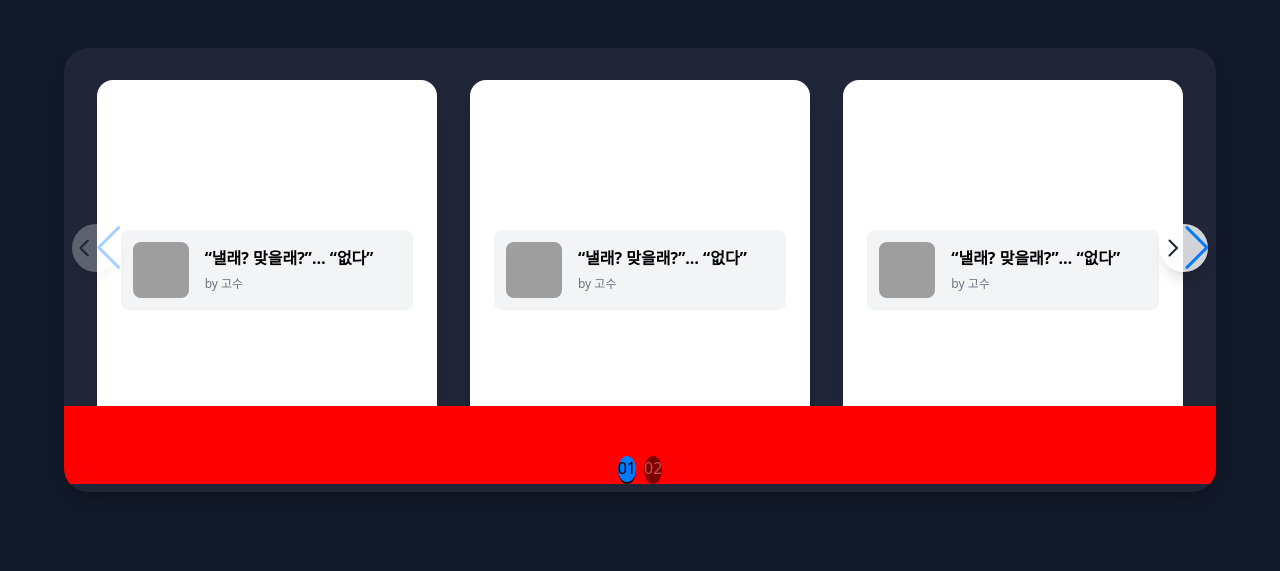
Repository: hyerim1234/travelblog
Page: html/slide2.html
The author's editor kept a copy of each file at every save. The page is drawn from the files as they stood at one save, then again after the next save.
The browser window is 1280 px wide. The pictures show the whole page.
Pictures or frames that could not be fetched are drawn as grey boxes. Some web libraries are served in a nearby version.

Above is the page before, as saved 2025-06-05 13:25:26.

### html/slide2.html
<!DOCTYPE html>
<html lang="ko">
<head>
  <meta charset="UTF-8" />
  <meta name="viewport" content="width=device-width, initial-scale=1.0"/>
  <title>슬라이드 박스 그룹형 브런치 슬라이더</title>
  <script src="https://cdn.tailwindcss.com"></script>
  <link rel="stylesheet" href="https://unpkg.com/swiper/swiper-bundle.min.css" />
  <style>
    .swiper-container { overflow: hidden; }
    .swiper-pagination {
      display: flex !important;
      justify-content: center;
      /* margin-top: 1.5rem !important; */
    background-color: red;
      padding-top: 50px !important;
    }
    .swiper-pagination-bullet {
      width: auto;
      height: auto;
      opacity: 0.5;
      color: #999;
      margin: 0 0.25rem;
      font-size: 1rem;
      padding-bottom: 0.15rem;
      cursor: pointer;
      border-radius: auto;
    }
    .swiper-pagination-bullet-active {
      opacity: 1;
      color: #000;
      border-bottom: 2px solid #000;
    }
    .swiper-button-prev, .swiper-button-next {
      top: 50% !important;
      transform: translateY(-50%);
    }
  </style>
</head>
<body class="bg-gray-900">

  <section class="py-12 overflow-x-hidden">
    <div class="container mx-auto px-4">
      <div class="flex justify-center">
        <!-- 3개 슬라이드+네비를 감싸는 긴 배경 박스 -->
        <div class="relative w-full max-w-6xl bg-[#202537] rounded-3xl shadow-lg px-8 py-8 overflow-hidden">
          <div class="swiper-container">
            <div class="swiper-wrapper">
              <!-- ...슬라이드 반복(아래 예시) -->
              <div class="swiper-slide flex justify-center">
                <div class="bg-white rounded-2xl shadow-lg w-[340px] h-[380px] flex flex-col justify-center gap-4 p-6">
                  <!-- 카드 내용... -->
                  <div class="flex items-center gap-4 bg-gray-100 rounded-lg p-3">
                    <img src="https://picsum.photos/id/1069/60/60" class="rounded-lg w-14 h-14 object-cover" />
                    <div>
                      <p class="font-semibold">“낼래? 맞을래?”… “없다”</p>
                      <span class="text-xs text-gray-500">by 고수</span>
                    </div>
                  </div>
                  <!-- ...이하 동일하게 카드 채우기 -->
                </div>
              </div>
              <!-- 슬라이드 박스 2~6... 동일하게 복붙 -->
               <div class="swiper-slide flex justify-center">
                <div class="bg-white rounded-2xl shadow-lg w-[340px] h-[380px] flex flex-col justify-center gap-4 p-6">
                  <!-- 카드 내용... -->
                  <div class="flex items-center gap-4 bg-gray-100 rounded-lg p-3">
                    <img src="https://picsum.photos/id/1069/60/60" class="rounded-lg w-14 h-14 object-cover" />
                    <div>
                      <p class="font-semibold">“낼래? 맞을래?”… “없다”</p>
                      <span class="text-xs text-gray-500">by 고수</span>
                    </div>
                  </div>
                  <!-- ...이하 동일하게 카드 채우기 -->
                </div>
              </div>
              <div class="swiper-slide flex justify-center">
                <div class="bg-white rounded-2xl shadow-lg w-[340px] h-[380px] flex flex-col justify-center gap-4 p-6">
                  <!-- 카드 내용... -->
                  <div class="flex items-center gap-4 bg-gray-100 rounded-lg p-3">
                    <img src="https://picsum.photos/id/1069/60/60" class="rounded-lg w-14 h-14 object-cover" />
                    <div>
                      <p class="font-semibold">“낼래? 맞을래?”… “없다”</p>
                      <span class="text-xs text-gray-500">by 고수</span>
                    </div>
                  </div>
                  <!-- ...이하 동일하게 카드 채우기 -->
                </div>
              </div>

              <div class="swiper-slide flex justify-center">
                <div class="bg-white rounded-2xl shadow-lg w-[340px] h-[380px] flex flex-col justify-center gap-4 p-6">
                  <!-- 카드 내용... -->
                  <div class="flex items-center gap-4 bg-gray-100 rounded-lg p-3">
                    <img src="https://picsum.photos/id/1069/60/60" class="rounded-lg w-14 h-14 object-cover" />
                    <div>
                      <p class="font-semibold">“낼래? 맞을래?”… “없다”</p>
                      <span class="text-xs text-gray-500">by 고수</span>
                    </div>
                  </div>
                  <!-- ...이하 동일하게 카드 채우기 -->
                </div>
              </div>

              <div class="swiper-slide flex justify-center">
                <div class="bg-white rounded-2xl shadow-lg w-[340px] h-[380px] flex flex-col justify-center gap-4 p-6">
                  <!-- 카드 내용... -->
                  <div class="flex items-center gap-4 bg-gray-100 rounded-lg p-3">
                    <img src="https://picsum.photos/id/1069/60/60" class="rounded-lg w-14 h-14 object-cover" />
                    <div>
                      <p class="font-semibold">“낼래? 맞을래?”… “없다”</p>
                      <span class="text-xs text-gray-500">by 고수</span>
                    </div>
                  </div>
                  <!-- ...이하 동일하게 카드 채우기 -->
                </div>
              </div>

              <div class="swiper-slide flex justify-center">
                <div class="bg-white rounded-2xl shadow-lg w-[340px] h-[380px] flex flex-col justify-center gap-4 p-6">
                  <!-- 카드 내용... -->
                  <div class="flex items-center gap-4 bg-gray-100 rounded-lg p-3">
                    <img src="https://picsum.photos/id/1069/60/60" class="rounded-lg w-14 h-14 object-cover" />
                    <div>
                      <p class="font-semibold">“낼래? 맞을래?”… “없다”</p>
                      <span class="text-xs text-gray-500">by 고수</span>
                    </div>
                  </div>
                  <!-- ...이하 동일하게 카드 채우기 -->
                </div>
              </div>
              <!-- ... -->
            </div>
            <!-- 네비/페이지네이션은 swiper-container 안쪽에 위치 -->
            <button class="swiper-button-prev absolute top-1/2 left-2 z-10 w-12 h-12 bg-white bg-opacity-80 hover:bg-opacity-100 rounded-full flex items-center justify-center shadow-lg" aria-label="Previous slide">
              <svg xmlns="http://www.w3.org/2000/svg" class="w-6 h-6 text-gray-800" fill="none" viewBox="0 0 24 24" stroke="currentColor">
                <path stroke-linecap="round" stroke-linejoin="round" stroke-width="2" d="M15 19l-7-7 7-7" />
              </svg>
            </button>
            <button class="swiper-button-next absolute top-1/2 right-2 z-10 w-12 h-12 bg-white bg-opacity-80 hover:bg-opacity-100 rounded-full flex items-center justify-center shadow-lg" aria-label="Next slide">
              <svg xmlns="http://www.w3.org/2000/svg" class="w-6 h-6 text-gray-800" fill="none" viewBox="0 0 24 24" stroke="currentColor">
                <path stroke-linecap="round" stroke-linejoin="round" stroke-width="2" d="M9 5l7 7-7 7" />
              </svg>
            </button>
            <div class="swiper-pagination"></div>
          </div>
        </div>
      </div>
    </div>
  </section>

  <script src="https://unpkg.com/swiper/swiper-bundle.min.js"></script>
  <script>
    const swiper = new Swiper('.swiper-container', {
      slidesPerView: 3,
      slidesPerGroup: 3,
      spaceBetween: 32,
      centeredSlides: false,
      navigation: {
        nextEl: '.swiper-button-next',
        prevEl: '.swiper-button-prev',
      },
      pagination: {
        el: '.swiper-pagination',
        clickable: true,
        renderBullet: (idx, className) => {
          const num = idx+1 < 10 ? '0'+(idx+1) : (idx+1);
          return `<span class="${className}">${num}</span>`;
        },
      },
      breakpoints: {
        1280: { slidesPerView: 3, slidesPerGroup: 3, spaceBetween: 32 },
        1024: { slidesPerView: 2, slidesPerGroup: 2, spaceBetween: 24 },
        640:  { slidesPerView: 1, slidesPerGroup: 1, spaceBetween: 16 },
      },
    });
  </script>
</body>
</html>

After the next save:
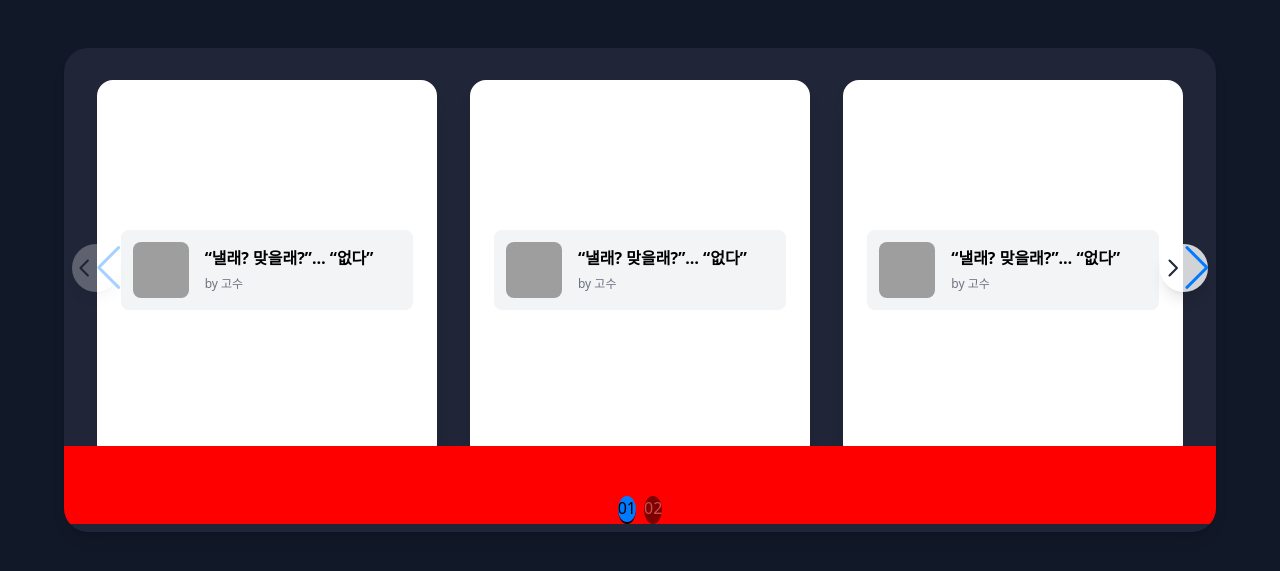
Saved 5 s later.
--- a/html/slide2.html
+++ b/html/slide2.html
@@ -44,7 +44,7 @@
       <div class="flex justify-center">
         <!-- 3개 슬라이드+네비를 감싸는 긴 배경 박스 -->
         <div class="relative w-full max-w-6xl bg-[#202537] rounded-3xl shadow-lg px-8 py-8 overflow-hidden">
-          <div class="swiper-container">
+          <div class="swiper-container !pb-10">
             <div class="swiper-wrapper">
               <!-- ...슬라이드 반복(아래 예시) -->
               <div class="swiper-slide flex justify-center">
